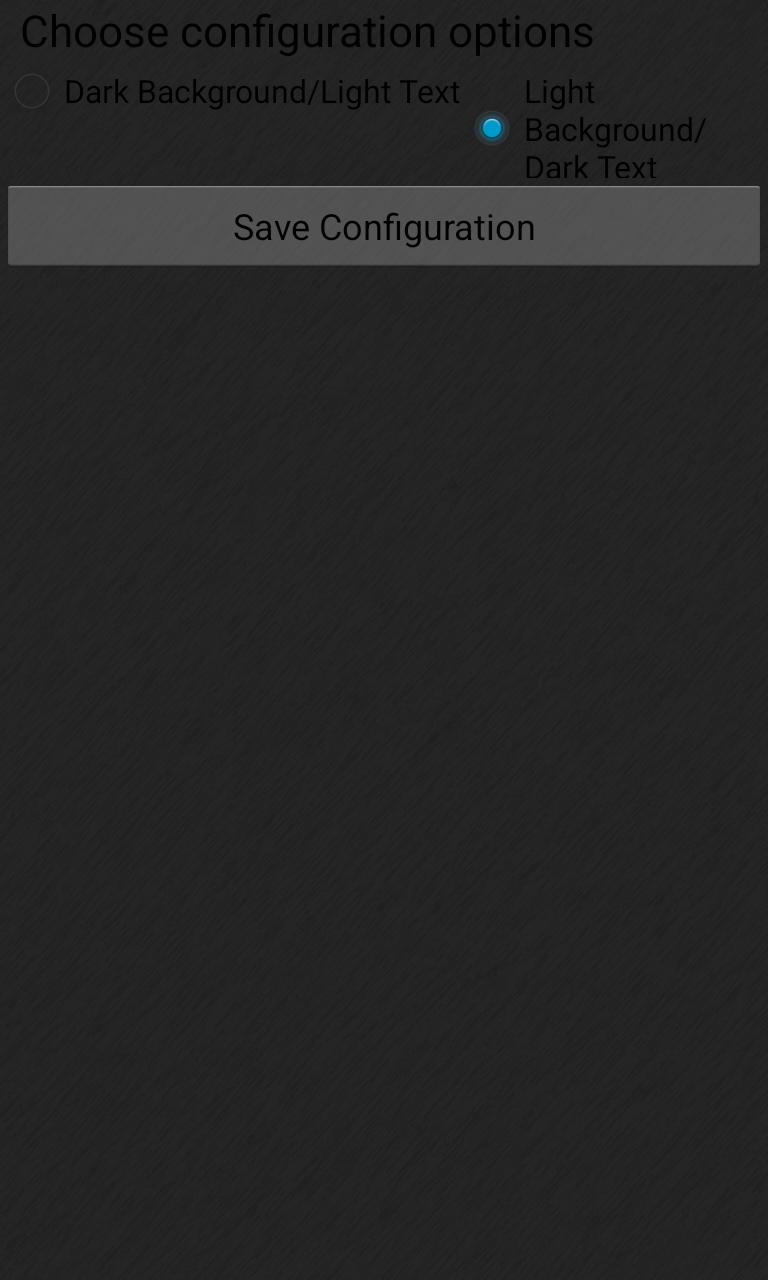
Repository: efreestone/MDF3_Freestone
Layout: MDF3Project3/res/layout/activity_config.xml
An editor plug-in stored every save of this project. The layout is shown before and after the next save, followed by the edit.
It is drawn on a 768 x 1280 px phone screen (xhdpi) without system bars, with theme AppTheme; the app's code is not run.

Above is the layout before, as saved 2014-07-27 01:35:47.

### MDF3Project3/res/layout/activity_config.xml
<?xml version="1.0" encoding="utf-8"?>
<LinearLayout xmlns:android="http://schemas.android.com/apk/res/android"
    android:layout_width="match_parent"
    android:layout_height="match_parent"
    android:orientation="vertical"
    android:background="@drawable/main_background" >

    <TextView
        android:id="@+id/textView1"
        android:layout_width="match_parent"
        android:layout_height="wrap_content"
        android:textAppearance="?android:attr/textAppearanceLarge"
        android:text="@string/configurationTitle"
        android:paddingLeft="10dp"
        android:ems="10" />

    <RadioGroup
        android:id="@+id/backgroundRadioGroup"
        android:layout_width="wrap_content"
        android:layout_height="wrap_content"
        android:layout_gravity="center"
        android:orientation="horizontal" >
        <RadioButton
            android:id="@+id/darkRadioButton"
            android:layout_width="match_parent"
            android:layout_height="wrap_content"
            android:checked="true"
            android:text="@string/darkBackgroundString" />

        <RadioButton
            android:id="@+id/lightRadioButton"
            android:layout_width="match_parent"
            android:layout_height="wrap_content"
            android:checked="true"
            android:text="@string/lightBackgroundString" />
    </RadioGroup>

    <Button
        android:id="@+id/doneButton"
        android:layout_width="match_parent"
        android:layout_height="wrap_content"
        android:text="@string/saveButtonString" />

</LinearLayout>

### MDF3Project3/res/values/strings.xml
<?xml version="1.0" encoding="utf-8"?>
<resources>

    <string name="app_name">MDF3Project3</string>
    <string name="detail_name">Details Activity</string>
    <string name="action_settings">Settings</string>
    <string name="titleString">DVD New Releases</string>

    <string name="buttonString">Get New Releases</string>
    <string name="moreInfoButtonString">Get More Info</string>

    <string name="ratingBarTitleString">Seen this Movie? Rate it!</string>

    <!-- Connection Alert strings -->
    <string name="noConnectionTitle">Connection Error</string>
    <string name="noConnectionAlert">This application requires internet access. Please check your network connection and try again.</string>

    <string name="noFileTitle">File does not exist</string>
    <string name="noFileAlert">The file does not exist on your device so it was requested from the API. Select Get New Releases to update the ListView</string>

    <string name="ratingSelectedTitle">Movie Rated</string>

    <string name="configurationTitle">Choose configuration options</string>
    <string name="darkBackgroundString">Dark Background/Light Text</string>
	<string name="lightBackgroundString">Light Background/Dark Text</string>
	<string name="saveButtonString">Save Configuration</string>

	<string name="imageViewDesc">Background Color</string>

</resources>

Loaded but not shown: MDF3Project3/res/values/styles.xml (common file); MDF3Project3/res/values-v11/styles.xml (common file); MDF3Project3/res/values-v14/styles.xml (common file)

After the next save:
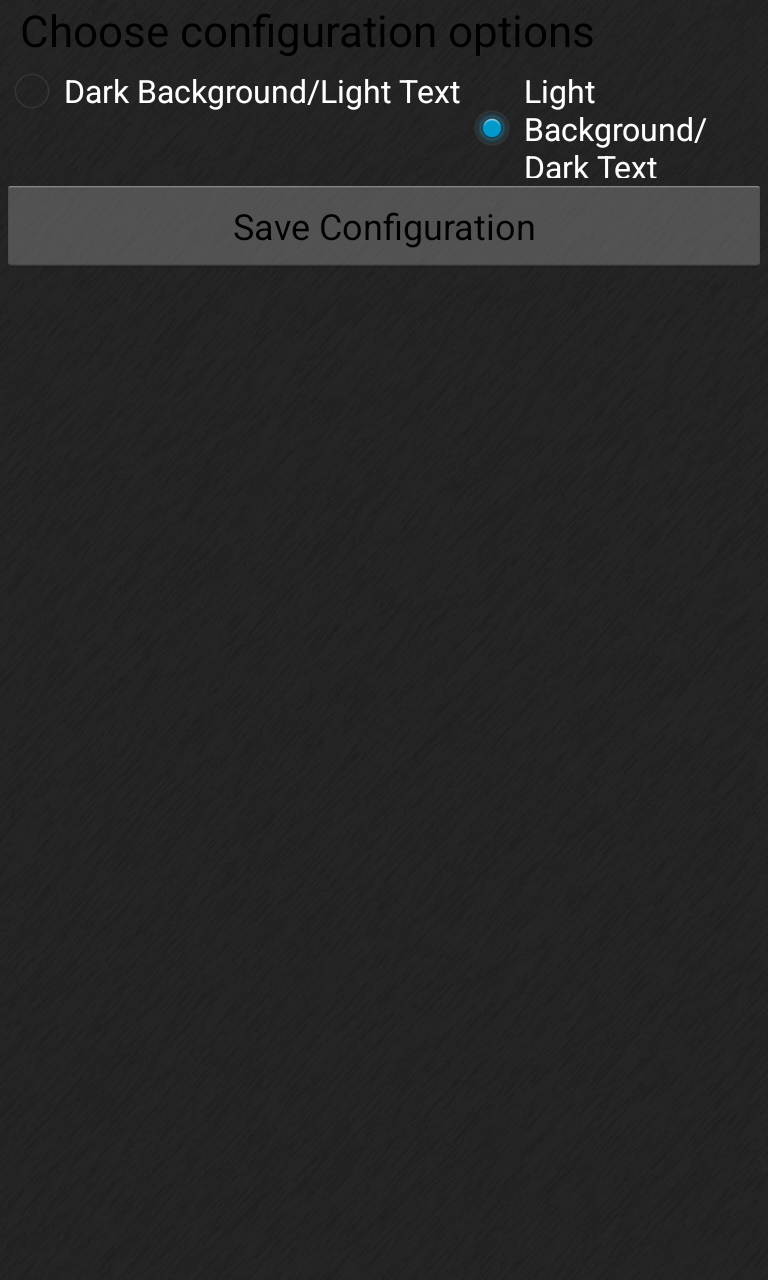
Saved 35 s later.
--- a/MDF3Project3/res/layout/activity_config.xml
+++ b/MDF3Project3/res/layout/activity_config.xml
@@ -25,6 +25,7 @@
             android:layout_width="match_parent"
             android:layout_height="wrap_content"
             android:checked="true"
+            android:textColor="#ffffff"
             android:text="@string/darkBackgroundString" />
 
         <RadioButton
@@ -32,6 +33,7 @@
             android:layout_width="match_parent"
             android:layout_height="wrap_content"
             android:checked="true"
+            android:textColor="#ffffff"
             android:text="@string/lightBackgroundString" />
     </RadioGroup>
 
